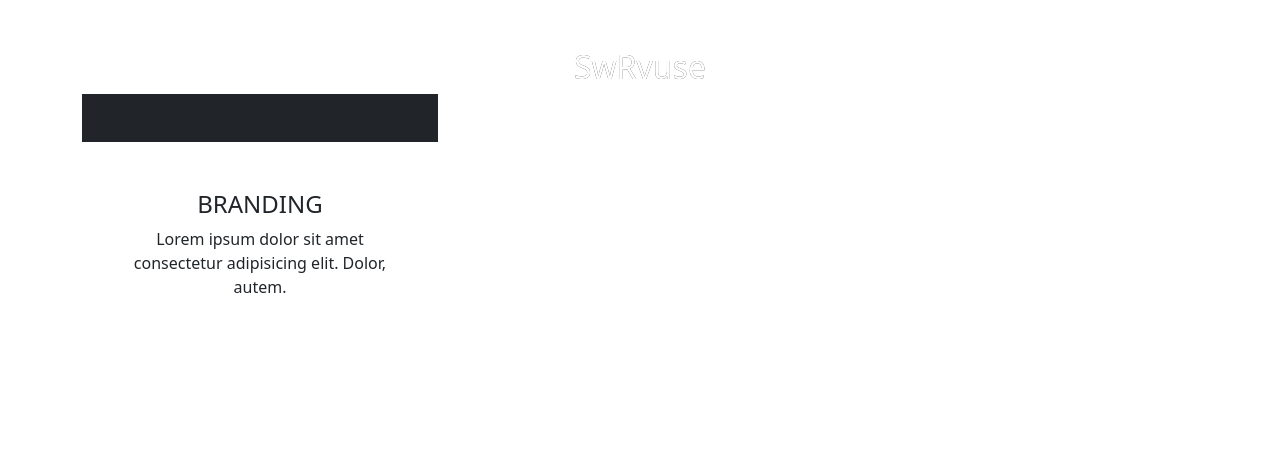
Repository: Ahmedalid/testing
Page: index.html
These files come from the project's save history. The page is drawn as it stood at one moment and after a run of saves; the edit follows.
The browser window is 1280 px wide. The pictures show the whole page.

Above is the page before, as saved 2023-06-10 17:36:28.

After the next 3 saves:
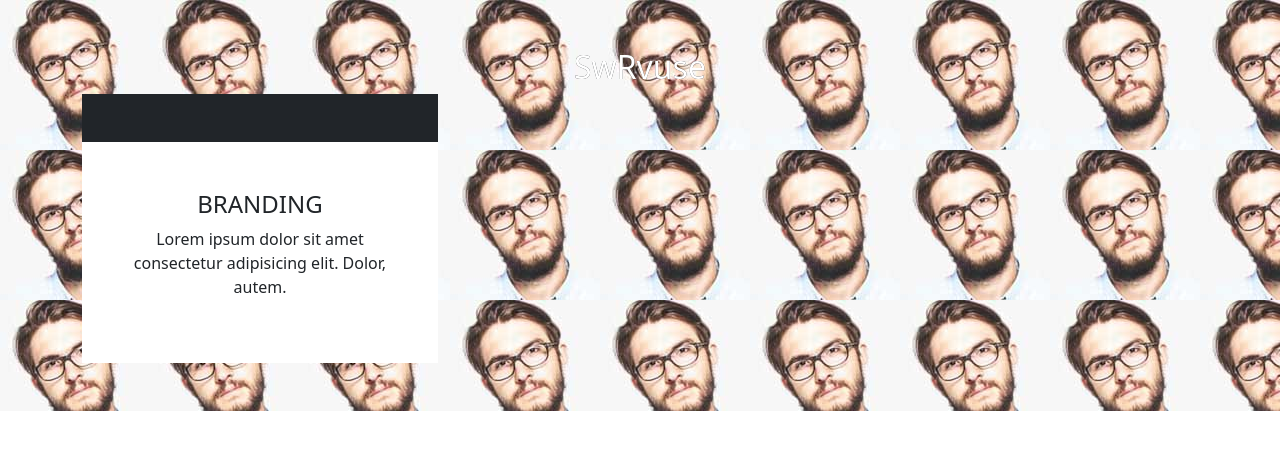
The 3 saves are shown as one change because they came seconds apart.
The last was saved 8 s later.
--- a/index.html
+++ b/index.html
@@ -9,7 +9,7 @@
     <title>Document</title>
     <style>
         header{
-            background-image: ;
+            background-image: url(2\ \(1\).jpg);
         }
     </style>
 </head>
